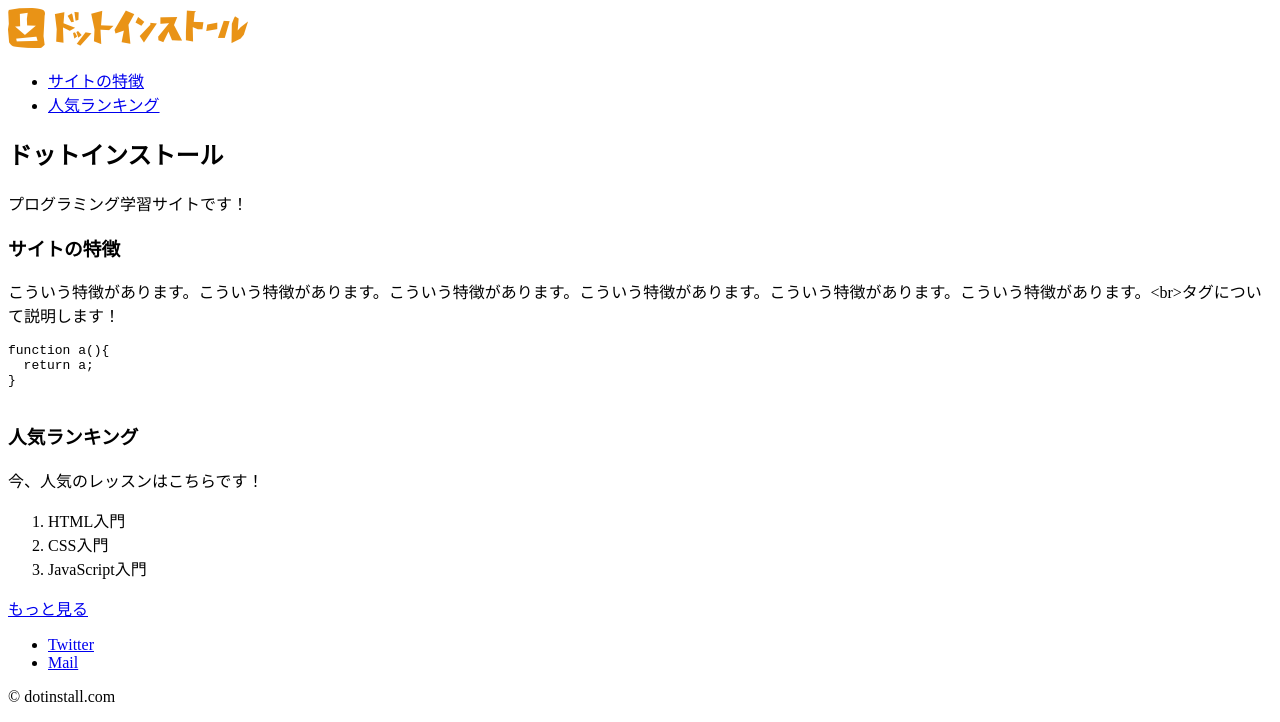
Repository: kojimayu/dotinstall-html
Page: index.html
These files come from the project's save history. The page is drawn as it stood at one moment and after the next save; the edit follows.
The browser window is 1280 px wide. The pictures show the whole page.

Above is the page before, as saved 2019-04-05 13:01:08.

### index.html
<!DOCTYPE html>
<html lang="ja">

<head>
  <meta charset="UTF-8">
  <title>ドットインストール</title>
  <meta name="description" content="プログラミング学習サイトのドットインストールです。">
  <link rel="icon" href="img/favicon.ico">
</head>

<body>
  <header>
    <img src="img/logo.png" alt="ドットインストールのロゴです" width="240" height="40">
    <nav>
      <ul>
        <li><a href="#about">サイトの特徴</a></li>
        <li><a href="#ranking">人気ランキング</a></li>
      </ul>
    </nav>
  </header>

  <section>
    <h1>ドットインストール</h1>
    <p>プログラミング学習サイトです！</p>
    <section>
      <h1 id="about">サイトの特徴</h1>
      <p>こういう特徴があります。こういう特徴があります。こういう特徴があります。こういう特徴があります。こういう特徴があります。こういう特徴があります。&lt;br&gt;タグについて説明します！</p>
      <pre>
function a(){
  return a;
}
      </pre>
    </section>
    <section>
      <h1 id="ranking">人気ランキング</h1>
      <p>今、人気のレッスンはこちらです！</p>
      <ol>
        <li>HTML入門</li>
        <li>CSS入門</li>
        <li>JavaScript入門</li>
      </ol>
      <p><a href="more_lessons.html">もっと見る</a></p>
    </section>
  </section>



  <footer>
    <ul>
      <li><a href="https://twitter.com/dotinstall" target="_blank">Twitter</a></li>
      <li><a href="mailto:taguchi@gmail.com" target="_blank">Mail</a></li>
    </ul>
    <p>&copy; dotinstall.com</p>
  </footer>
</body>

</html>

After the next save:
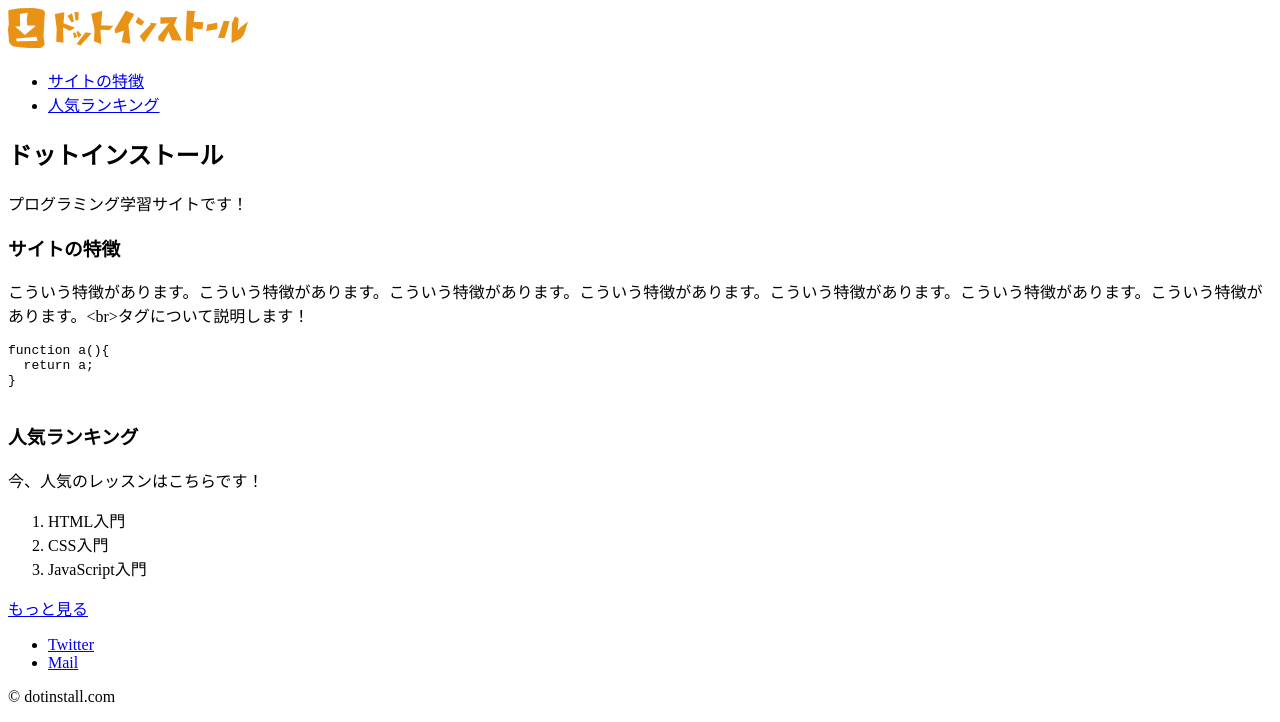
Saved 26 s later.
--- a/index.html
+++ b/index.html
@@ -24,7 +24,7 @@
     <p>プログラミング学習サイトです！</p>
     <section>
       <h1 id="about">サイトの特徴</h1>
-      <p>こういう特徴があります。こういう特徴があります。こういう特徴があります。こういう特徴があります。こういう特徴があります。こういう特徴があります。&lt;br&gt;タグについて説明します！</p>
+      <p>こういう特徴があります。こういう特徴があります。こういう特徴があります。こういう特徴があります。こういう特徴があります。こういう特徴があります。こういう特徴があります。&lt;br&gt;タグについて説明します！</p>
       <pre>
 function a(){
   return a;
